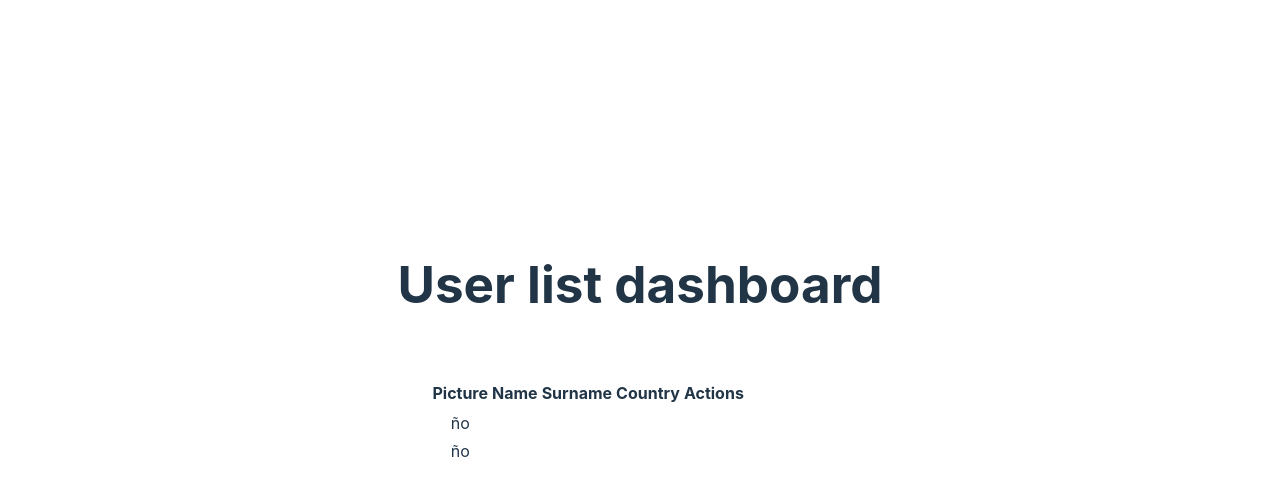
Repository: atzin-escandia/react-typescript-users-dashboard
Page: /
The author's editor kept a copy of each file at every save. The page is drawn from the files as they stood at one save, then again after the next save.
The browser window is 1280 px wide. The pictures show the whole page.
The page's requests for data from a server got no answer. The project was rebuilt for these pictures with package versions that can differ from the ones it lists, and the page was loaded fresh each time. No one was signed in, and anything a server would have sent is missing. Also part of the build but not shown: vite.config.ts.

Above is the page before, as saved 2023-10-08 21:06:56.

### src/App.tsx
import { useEffect, useState } from "react";
import "./App.css";
import UsersList from "./components/UsersList";

const API_URL = "https://randomuser.me/api/?results=10";
function App() {
  const [users, setUsers] = useState([]);

  useEffect(() => {
    fetch(API_URL)
      .then((res) => res.json())
      .then((res) => setUsers(res.results));
  }, []);

  return (
    <>
      <h1>User list dashboard</h1>
      <section className="card">
        <UsersList users={users}></UsersList>
      </section>
    </>
  );
}

export default App;

### src/components/UsersList.tsx
const UsersList = () => {
  const TABLE_HEADER = ["Picture", "Name", "Surname", "Country", "Actions"];

  return (
    <div>
      <table>
        <tr>
          {TABLE_HEADER.map((title) => (
            <th>{title}</th>
          ))}
        </tr>
        <tr></tr>
        <tr>
          <td>ño</td>
        </tr>
        <tr>
          <td>ño</td>
        </tr>
      </table>
    </div>
  );
};

export default UsersList;

Loaded but not shown: index.html (common file); src/main.tsx (common file); src/index.css (common file); src/App.css (common file)

After the next save:
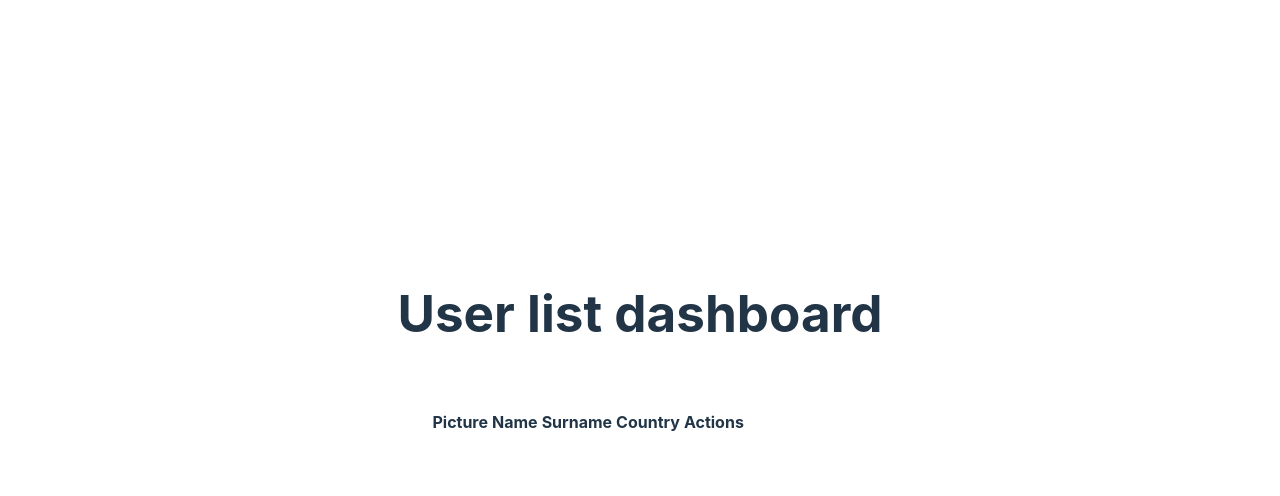
Saved 2 min 33 s later.
--- a/src/components/UsersList.tsx
+++ b/src/components/UsersList.tsx
@@ -1,5 +1,7 @@
-const UsersList = () => {
+const UsersList = ({ users }) => {
   const TABLE_HEADER = ["Picture", "Name", "Surname", "Country", "Actions"];
+
+  const UserRow = (user) => {};
 
   return (
     <div>
@@ -9,13 +11,9 @@
             <th>{title}</th>
           ))}
         </tr>
-        <tr></tr>
-        <tr>
-          <td>ño</td>
-        </tr>
-        <tr>
-          <td>ño</td>
-        </tr>
+        {users.map((user) => {
+          <UserRow user={user} />;
+        })}
       </table>
     </div>
   );
